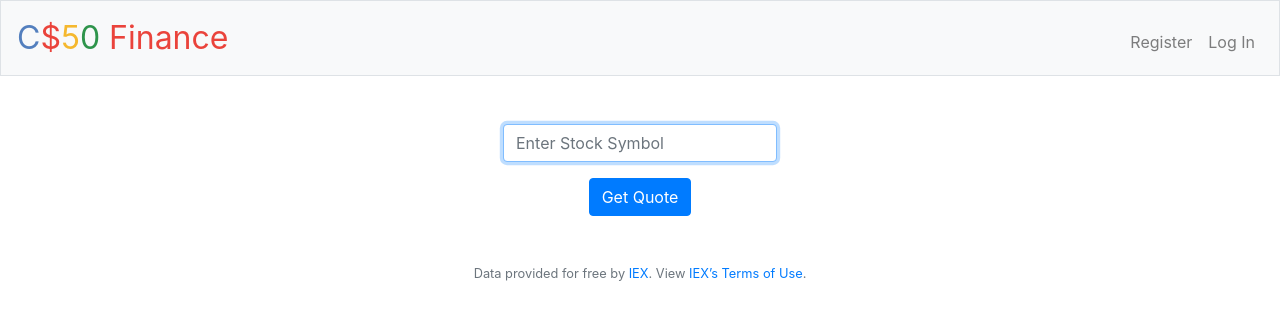
Repository: Mackeyrw/gitTest-CS50
Page: pset8/finance/templates/add.html
The author's editor kept a record of every edit. The page is drawn from the files as they stood at one moment, then again after the next edit.
The browser window is 1280 px wide. The pictures show the whole page.
The template is drawn by Flask 3. The application's start-up code is not run. Other server files are loaded and not shown. The template is opened directly, without the code that normally fills it, so the values that code supplies are empty.

Above is the page before.

### pset8/finance/templates/add.html
{% extends "layout.html" %}

{% block title %}
    Add Cash
{% endblock %}

{% block main %}
    <form action="/add" method="post">
        <div class="form-group">
            <input name="symbol" type="text" placeholder="Enter Stock Symbol" autocomplete="off" autofocus class="form-control">
        </div>
        <button class="btn btn-primary" type="submit">Get Quote</button>
    </form>
{% endblock %}

### pset8/finance/templates/layout.html
<!DOCTYPE html>

<html lang="en">

    <head>

        <!-- Required meta tags -->
        <meta charset="utf-8">
        <meta name="viewport" content="width=device-width, initial-scale=1, shrink-to-fit=no">

        <!-- documentation at http://getbootstrap.com/docs/4.1/, alternative themes at https://bootswatch.com/ -->
        <link href="https://maxcdn.bootstrapcdn.com/bootstrap/4.1.3/css/bootstrap.min.css" rel="stylesheet">

        <!-- https://favicon.io/emoji-favicons/money-mouth-face/ -->
        <link href="/static/favicon.ico" rel="icon">

        <link href="/static/styles.css" rel="stylesheet">

        <script src="https://code.jquery.com/jquery-3.3.1.min.js"></script>
        <script src="https://cdnjs.cloudflare.com/ajax/libs/popper.js/1.14.3/umd/popper.min.js"></script>
        <script src="https://maxcdn.bootstrapcdn.com/bootstrap/4.1.3/js/bootstrap.min.js"></script>

        <title>C$50 Finance: {% block title %}{% endblock %}</title>

    </head>

    <body>

        <nav class="navbar navbar-expand-md navbar-light bg-light border">
            <a class="navbar-brand" href="/"><span class="blue">C</span><span class="red">$</span><span class="yellow">5</span><span class="green">0</span> <span class="red">Finance</span></a>
            <button aria-controls="navbar" aria-expanded="false" aria-label="Toggle navigation" class="navbar-toggler" data-target="#navbar" data-toggle="collapse" type="button">
                <span class="navbar-toggler-icon"></span>
            </button>
            <div class="collapse navbar-collapse" id="navbar">
                {% if session.user_id %}
                    <ul class="navbar-nav mr-auto mt-2">
                        <li class="nav-item"><a class="nav-link" href="/quote">Quote</a></li>
                        <li class="nav-item"><a class="nav-link" href="/buy">Buy</a></li>
                        <li class="nav-item"><a class="nav-link" href="/sell">Sell</a></li>
                        <li class="nav-item"><a class="nav-link" href="/history">History</a></li>
                        <li class="nav-item"><a class="nav-link" href="/add">Add Cash</a></li>
                    </ul>
                    <ul class="navbar-nav ml-auto mt-2">
                        <li class="nav-item"><a class="nav-link" href="/logout">Log Out</a></li>
                    </ul>
                {% else %}
                    <ul class="navbar-nav ml-auto mt-2">
                        <li class="nav-item"><a class="nav-link" href="/register">Register</a></li>
                        <li class="nav-item"><a class="nav-link" href="/login">Log In</a></li>
                    </ul>
                {% endif %}
            </div>
        </nav>

        {% if get_flashed_messages() %}
            <header>
                <div class="alert alert-primary border text-center" role="alert">
                    {{ get_flashed_messages() | join(" ") }}
                </div>
            </header>
        {% endif %}

        <main class="container p-5">
            {% block main %}{% endblock %}
        </main>

        <footer class="small text-center text-muted">
            Data provided for free by <a href="https://iextrading.com/developer">IEX</a>. View <a href="https://iextrading.com/api-exhibit-a/">IEX’s Terms of Use</a>.
        </footer>

    </body>

</html>

### pset8/finance/static/styles.css
nav .navbar-brand
{
    /* size for brand */
    font-size: xx-large;
}

/* colors for brand */
nav .navbar-brand .blue
{
    color: #537fbe;
}
nav .navbar-brand .red
{
    color: #ea433b;
}
nav .navbar-brand .yellow
{
    color: #f5b82e;
}
nav .navbar-brand .green
{
    color: #2e944b;
}

main .form-control
{
    /* center form controls */
    display: inline-block;

    /* override Bootstrap's 100% width for form controls */
    width: auto;
}

main
{
    /* scroll horizontally as needed */
    overflow-x: auto;

    /* center contents */
    text-align: center;
}

main img
{
    /* constrain images on small screens */
    max-width: 100%;
}

.quoted
{
    font-size: 30px;
    color: darkblue;
    font-weight: bold;
}

.table table tr td
{
    border: solid;
    text-align: center;
}

.header
{
    font-size: 20px;
    font-weight: bold;
}

After the next edit:
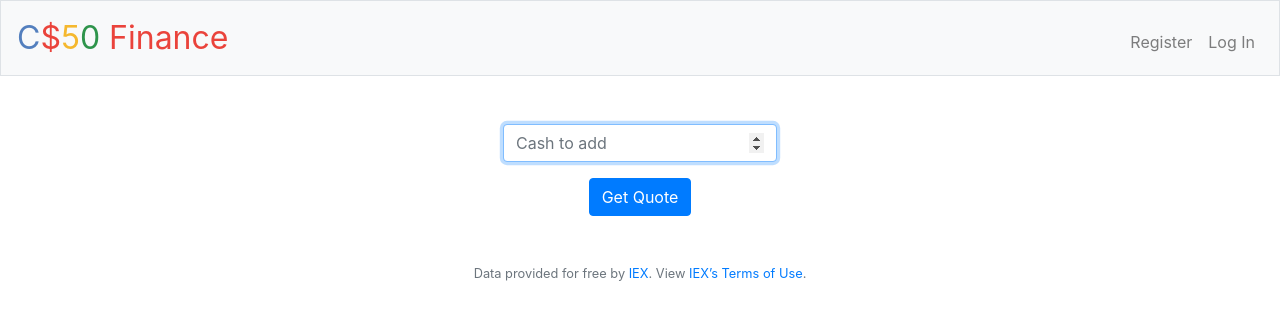
The edit:
--- a/pset8/finance/templates/add.html
+++ b/pset8/finance/templates/add.html
@@ -7,7 +7,7 @@
 {% block main %}
     <form action="/add" method="post">
         <div class="form-group">
-            <input name="symbol" type="text" placeholder="Enter Stock Symbol" autocomplete="off" autofocus class="form-control">
+            <input name="symbol" type="number" placeholder="Cash to add" autocomplete="off" autofocus class="form-control">
         </div>
         <button class="btn btn-primary" type="submit">Get Quote</button>
     </form>
